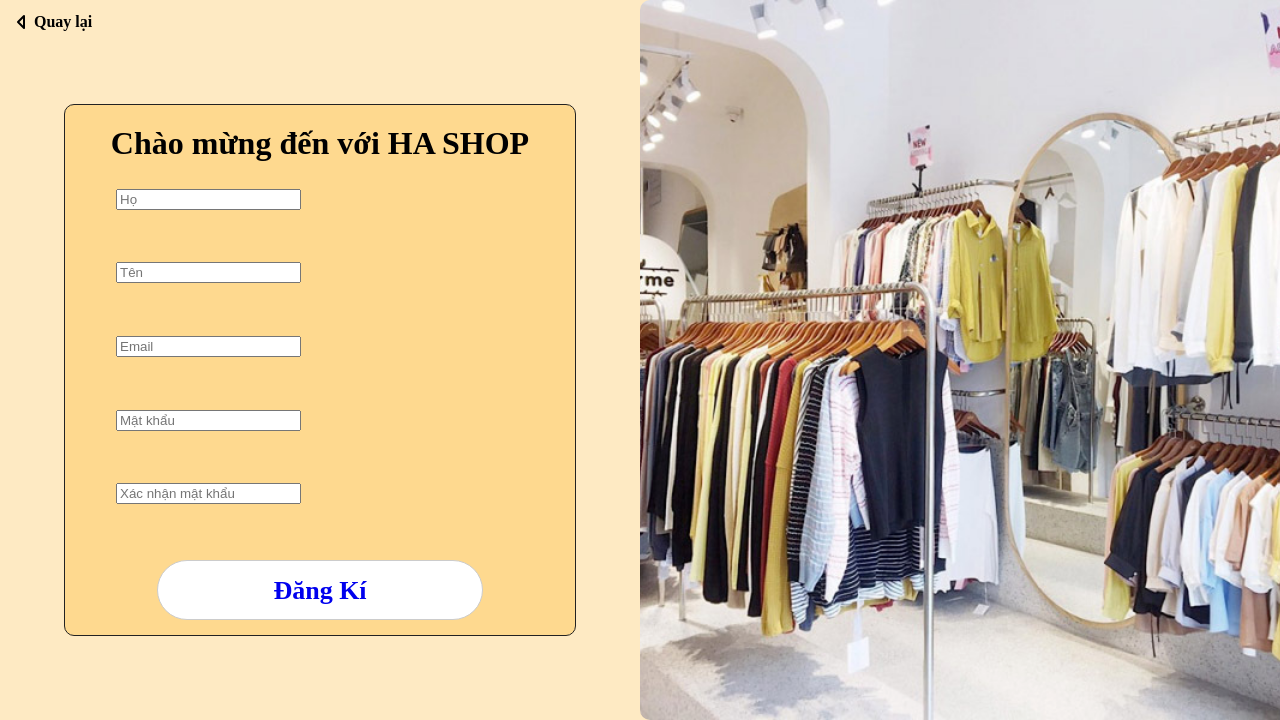
Repository: manhhieu120499/Project_ShopQuanAo
Page: html/dang_ki.html
An editor plug-in stored every save of this project. The page is shown before and after the next save, followed by the edit.
The browser window is 1280 px wide. The pictures show the whole page.

Above is the page before, as saved 2023-04-01 10:52:26.

### html/dang_ki.html
<!DOCTYPE html>
<html lang="en">
<head>
    <meta charset="UTF-8">
    <meta http-equiv="X-UA-Compatible" content="IE=edge">
    <meta name="viewport" content="width=device-width, initial-scale=1.0">
    <title>Document</title>
    <link rel="stylesheet" href="/css/style_dangki.css">
</head>
<body>
    <div class="wrapper">
        <div class="left">
             <div class="go_back">
                <svg xmlns="http://www.w3.org/2000/svg" class="icon icon-tabler icon-tabler-caret-left" width="24" height="24" viewBox="0 0 24 24" stroke-width="2" stroke="currentColor" fill="none" stroke-linecap="round" stroke-linejoin="round">
                    <path stroke="none" d="M0 0h24v24H0z" fill="none"></path>
                    <path d="M14 6l-6 6l6 6v-12"></path>
                 </svg>
                <p><b>Quay lại</b></p>
             </div>

             <div class="content">
                <h1>Chào mừng đến với HA SHOP</h1>
                <form action="">
                    <div class="item">
                        <input type="text" placeholder="Họ">
                    </div>

                    <div class="item">
                        <input type="text" placeholder="Tên">
                    </div>

                    <div class="item">
                        <input type="text" placeholder="Email">
                    </div>

                    <div class="item">
                        <input type="text" placeholder="Mật khẩu">
                    </div>

                    <div class="item">
                        <input type="text" placeholder="Xác nhận mật khẩu">
                    </div>

                    <a href="#">Đăng Kí</a>
                </form>

             </div>
        </div>
        <div class="right">
            <img src="/image/image_dangki/dangki.png" alt="picture_shop">
        </div>
    </div>
</body>
</html>

### css/style_dangki.css
* {
    margin: 0;
    box-sizing: border-box;
}

.wrapper {
    width: 100%;
    height: 100vh;
    display: flex;
    justify-content: space-between;
    background-color: #FEEAC3;
    padding: 0;
}

.left {
    width: 50%;
    height: 100%;
}

.left .go_back {
    width: 250px;
    display: flex;
    align-items: center;
    margin: 10px;
}

.left .content {
    width: 80%;
    height: 532px;
    border-radius: 10px;
    background-color: #FED98F;
    margin: 70px auto;
    padding: 0;
    display: flex;
    flex-direction: column;
    border: 1px solid #222;
}

.left .content h1 {
   text-align: center;
   margin-top: 20px;
}

.right {
    width: 50%;
    height: 100%;
    overflow: hidden;
}

.right > img {
    object-fit: cover;
    border-radius: 10px 0 0 10px;
    width: 100%;
    height: 100%;
}

.content form {
    width: 80%;
    height: 90%;
    display: flex;
    flex-direction: column;
    margin: 10px auto;
}


form .item{
    width: 100%;
    margin: auto;
    height: 40px;
    bor
}

form > a {
    margin: 20px auto 5px;
    text-decoration: none;
    width: 80%;
    height: 60px;
    text-align: center;
    line-height: 60px;
    border: 1px solid #ccc;
    border-radius: 40px;
    font-size: 26px;
    background-color: white;
    font-weight: 700;
}

After the next save:
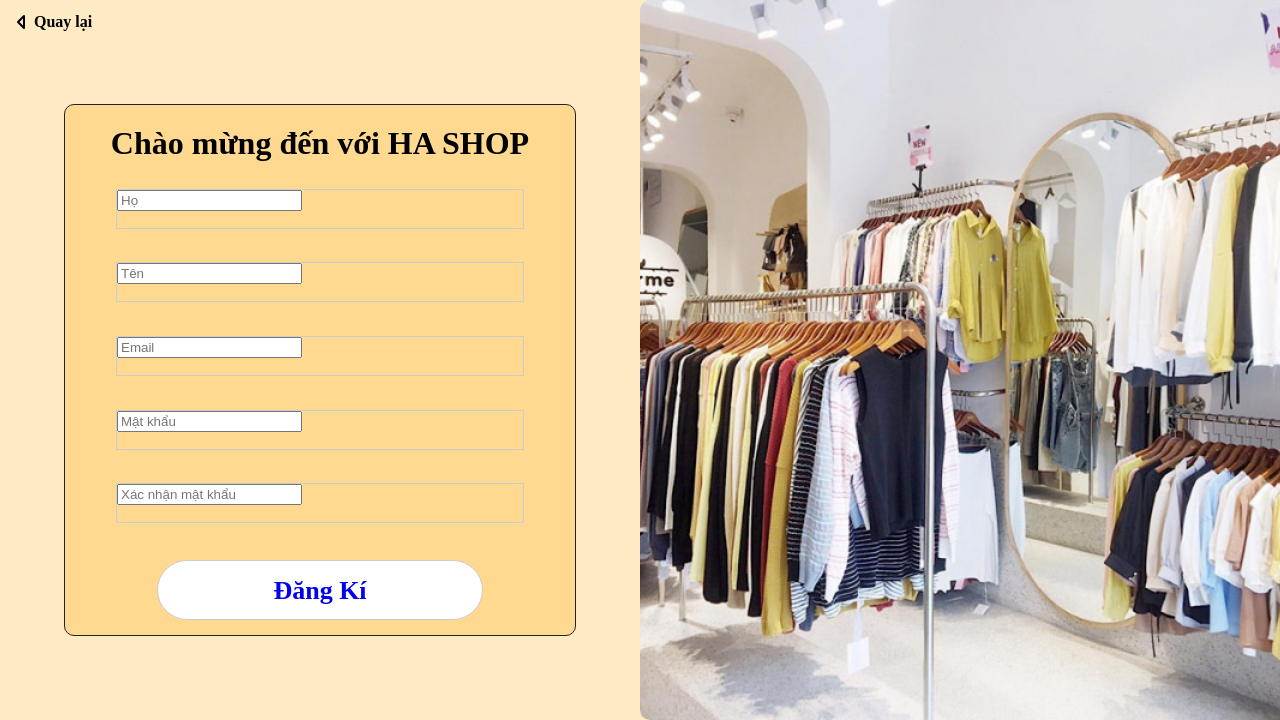
Saved 8 s later.
--- a/css/style_dangki.css
+++ b/css/style_dangki.css
@@ -67,7 +67,7 @@ form .item{
     width: 100%;
     margin: auto;
     height: 40px;
-    bor
+    border: 1px solid #ccc;
 }
 
 form > a {
